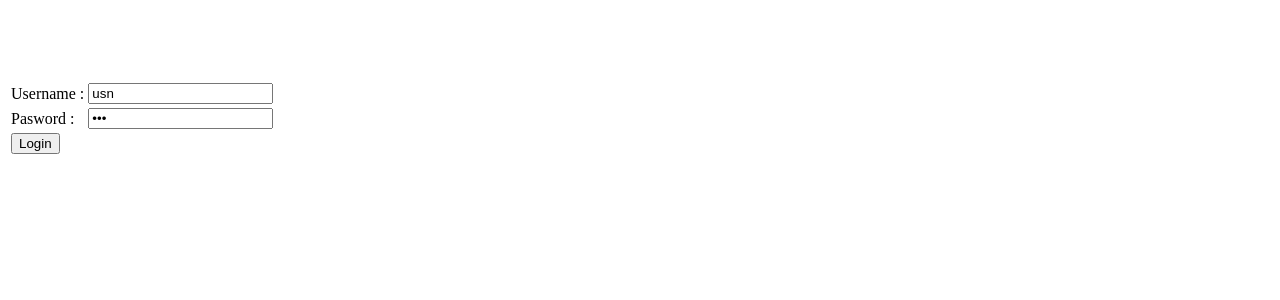
Repository: akale1992/Learning-HIBERNATE-SERVLETS
Page: servletsession/WebContent/index.html
An editor plug-in stored every save of this project. The page is shown before and after the next save, followed by the edit.
The browser window is 1280 px wide. The pictures show the whole page.

Above is the page before, as saved 2015-09-10 11:44:49.

After the next save:
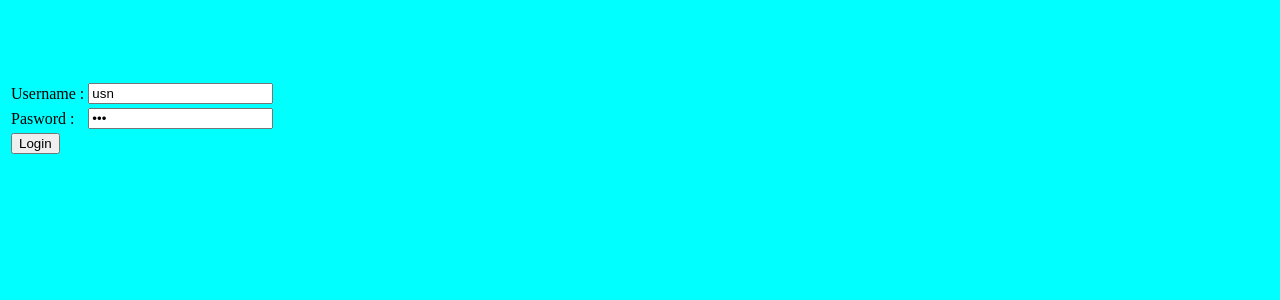
Saved 5 min 21 s later.
--- a/servletsession/WebContent/index.html
+++ b/servletsession/WebContent/index.html
@@ -4,7 +4,7 @@
 <meta charset="ISO-8859-1">
 <title>servletsession</title>
 </head>
-<body>
+<body bgcolor="aqua">
 <form action="pizza" method="post">
 <table>
 <tr><td> Username  :</td><td><input type="text" value="usn"></td></tr><br><br>
